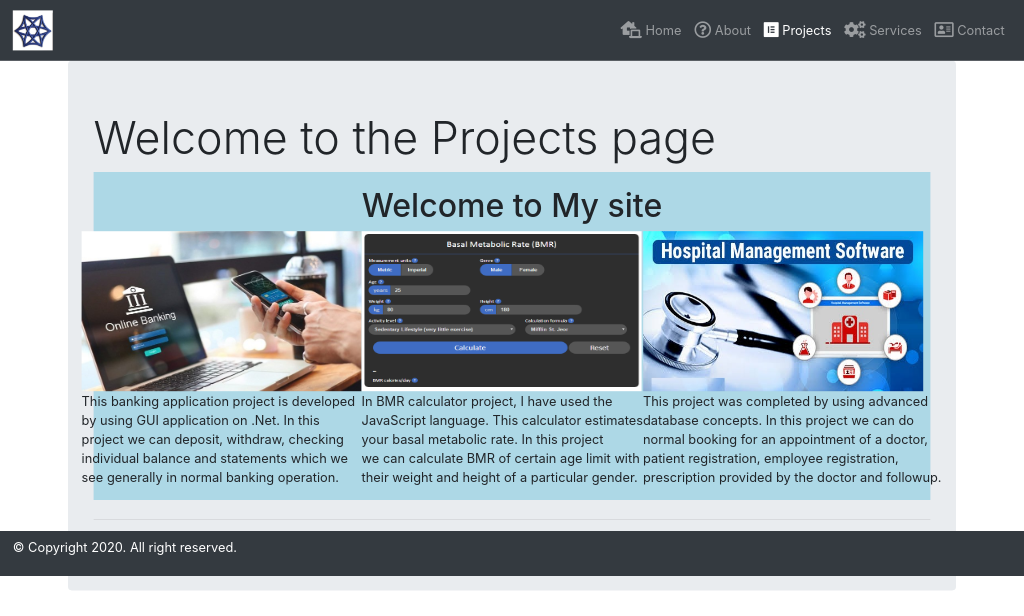
Repository: laxmangothe2020/COMP229Assignment
Page: http://localhost/projects
The author's editor kept a copy of each file at every save. The page is drawn from the files as they stood at one save, then again after the next save.
The browser window is 1280 px wide. The pictures show the whole page, at 80% of full size.
The page is served by the project's Node server (server.js). Other server files are loaded and not shown.

Above is the page before, as saved 2021-02-11 21:22:09.

### views/index.ejs

<%- include partials/header.ejs %>

   <%- include partials/main_nav.ejs %>

      <!-- Main Contain -->
   <main class="container">
    <div class="jumbotron">
    <h1 class="display-4"> Welcome to the <%= title %> page </h1>
    <!--Using Switch case all infornation passed through here-->
      <% switch (title) {
        case 'Home' : %>
        <%- include partials/home.ejs %>
                <% break;

        case 'About' : %>
        <%- include partials/about.ejs %>
                <% break;

        case 'Projects' : %>
        <%- include partials/projects.ejs %>
                <% break;

        case 'Services' : %>
        <%- include partials/services.ejs %>
                <% break;

        case 'Contact' : %>
        <%- include partials/contact.ejs %>
              <% break;
       } %>
      <hr class="my-4">
    </div>
  </main>

   <%- include partials/bottom_nav.ejs %>


    <%- include partials/footer.ejs %>

### views/partials/header.ejs

<!DOCTYPE html>
<html lang="en">
  <head>
   <meta charset="UTF-8">
   <meta name="viewport" content="with=device-width, initial-scale=1.0">
    <title><%= title %></title>

  <!-- CSS Section-->
  <link rel="stylesheet" href="/bootstrap/dist/css/bootstrap.min.css">
  <link rel="stylesheet" href="/@fortawesome/fontawesome-free/css/all.min.css">
  <link rel='stylesheet' href='/Content/app.css'/>

</head>
<body>

### views/partials/main_nav.ejs
<!-- Main Navigation -->
   <nav class="navbar navbar-expand-lg navbar-dark bg-dark">
      <a class="navbar-brand" href="/"><img src="./Assets/images/hexagon.jpg" alt="Hexagon picture" width="50" height="50"></a>
      <button class="navbar-toggler" type="button" data-toggle="collapse" data-target="#navbarSupportedContent" aria-controls="navbarSupportedContent" aria-expanded="false" aria-label="Toggle navigation">
       <span class="navbar-toggler-icon"></span>
     </button>

     <div class="collapse navbar-collapse" id="navbarSupportedContent">
        <ul class="navbar-nav ml-auto">

          <% if (title == "Home") { %>
        <li class="nav-item active">
        <% } else { %>
        <li class="nav-item">
        <% } %>
          <a class="nav-link" href="/home"><i class="fas fa-lg fa-laptop-house"></i> Home </a>
        </li>

        <% if (title == "About") { %>
          <li class="nav-item active">
          <% } else { %>
          <li class="nav-item">
          <% } %>
        <a class="nav-link" href="/about"><i class="far fa-lg fa-question-circle"></i> About </a>
        </li>

        <% if (title == "Projects") { %>
          <li class="nav-item active">
          <% } else { %>
          <li class="nav-item">
          <% } %>
        <a class="nav-link" href="/projects"><i class="fab fa-lg fa-elementor"></i> Projects </a>
        </li>

        <% if (title == "Services") { %>
          <li class="nav-item active">
          <% } else { %>
          <li class="nav-item">
          <% } %>
        <a class="nav-link" href="/services"><i class="fas fa-lg fa-cogs"></i> Services </a>
        </li>

        <% if (title == "Contact") { %>
          <li class="nav-item active">
          <% } else { %>
          <li class="nav-item">
          <% } %>
        <a class="nav-link" href="/contact"><i class="far fa-lg fa-address-card"></i> Contact </a>

        </li>

      </div>
    </nav>

### views/partials/home.ejs
<body>
   <div style="background-color: lightblue;margin-bottom: 10px">
                    <h3 style="padding-left: 40px;padding-top:10px;color: #AA7439"><h1 style="text-align:center;">Welcome to My site</h1>
                    <div style="width: 100%;height:100%;background-color:lightblue;">
                        <img src="./Assets/images/homeimg.png" alt="3D Picture" width="450" style="float: right;margin-left: 20px;margin-right:20px;">
                       <p style="padding-left:15px; padding-right: 10px; color:#696969;margin:20px;text-align: justify;line-height:1.7;padding-bottom: 20px;">
                           Your new MyWebsite Now is here! Let's build and publish your website together. We developed this series of help articles to introduce you to the basic functions of web design with your MyWebsite Now.Our industry software experts have years of experience building business automation web solutions for a number of verticals. We use custom APIs and our mastery of web services to build web-based automation services for applications like inventory control, digital marketing and customer relationship management.
                           <br> <br><b> MISSION STATEMENT </b><br><br>
                            My mission is to have a successful careers in software engineering and graduate education with a thorough understanding of software engineering and experiential learning opportunities to apply that knowledge to solve real-world problems.
                             </p>
                    </div>
                    </div>
        <p>
         <h5 style="text-align:center;"><a href="/about"> About Page</a></h5>
        </p>
         <div >
                <div class="social" style="float:left;clear:none;float: right;">

                   <img src="./Assets/images/fbcolor.png">

                   <img src="./Assets/images/InstaColor.png">

                    <img src="./Assets/images/twitterColor.png">
                    <img src="./Assets/images/gPlusColor.png">
               </div>
            </div>

</body>

### views/partials/about.ejs

         <div id="contentEditable">


                    <div style="background-color: lightblue;">
                        <h3 style="padding-left: 40px;padding-top:20px;color: #AA7439"><h3 style="text-align:center;"> About Me </h3>
                        <div style="width: 100%;height:100%;background-color:lightblue;">
                            <img src="./Assets/images/laxman.jpeg" alt="Security for Life" width="300" style="float: right;margin-left: 30px;margin-right:30px">
                           <p style="padding-left:15px; padding-right: 10px; color:#696969;margin:20px;text-align: justify;line-height:1.7;padding-bottom: 20px;">
                             Hello, my name is Laxman Gothe. Currently, I am a student of Software Engineering Technology in the 3rd semester. I am from Nepal. I believe that learning never ends. I love hiking, rafting, and traveling to new places in my free time.
                             <br>
                             <br>
                             Regarding to my education, I had completed a bachlor's degree in Electronics and Communication Engineering fro Tribhuvan University, Nepal.
                             <br>
                             <br>
                             I had enrolled in Software Engineering Technology at Centennial College to a software developer and currently I am enrolled in 3rd semester. Software technology is my first subject that I am taking in Canada and I am enjoying it as it is my part of interest too.
                             <br>
                             <br>
                             Thank You
                             <br>
                             <br>
                             With Regards
                             <br>
                             <br>
                             Laxman Gothe
                             <br>
                             <br>
                             301102988

                           </p>
                       </div>


                    </div>
        </div>
<p>
<h5 style="text-align:center;"><a href="/public/PDF/resume.pdf"> Resume </a></h5>
</p>

### views/partials/projects.ejs
<body>
    <div id="holdingContainer">
 <div style="background-color: lightblue;margin-bottom: 15px">
     <h3 style="padding-left: 40px;padding-top:10px;color: #AA7439">
        <h1 style="text-align:center;">Welcome to My site</h1>
        <div style="width: 100%;height:100%;background-color:lightblue;"></div>
          <div id="contentEditable">
            <div class="row">
             <div class="column">
              <img src="./Assets/images/banking.jpg" width="350" height="200">
              <p> This banking application project is developed<br>
                 by using GUI application on .Net. In this  <br>
                 project we can deposit, withdraw, checking<br>
                 individual balance and statements which we <br>
                 see generally in normal banking operation.</p>
            </div>


           <div class="column">
             <img src="./Assets/images/bmr.png" width="350" height="200" >
              <p> In BMR calculator project, I have used the<br>
                  JavaScript language. This calculator estimates <br>
                  your basal metabolic rate. In this project <br>
                  we can calculate BMR of certain age limit with <br>
                  their weight and height of a particular gender.</p>
           </div>
           <div class="column">
               <img src="./Assets/images/hospital.jpg" width="350" height="200" >
               <p> This project was completed by using advanced<br>
                   database concepts. In this project we can do <br>
                   normal booking for an appointment of a doctor,<br>
                   patient registration, employee registration,<br>
                   prescription provided by the doctor and followup.</p>
           </div>
      </div>
  </div>
</div>
 </body>

### views/partials/services.ejs


<div class="row">
    <div class="column">
        <img src="./Assets/images/mobile.jpg" width="350" height="250" >
    </div>
    <div class="column">
        <img src="./Assets/images/game.jpg" width="350" height="250" >
    </div>
    <div class="column">
        <img src="./Assets/images/quality.jpg" width="350" height="250" >
    </div>
    <br><p><b>Services we provides are:</b></p><br>
    <br><ul style="list-style-image:url(images/bullet.png);">
    <li>Mobile Development  📱</li>
    <li>Game Development  🎮</li>
    <li>Quality Assurance  🎖️</li>
    <li>Website Design  🌐</li>
    <li>Technical Support  ♻️</li>
    </ul>
</div>

### views/partials/contact.ejs
<body>
 <div style="background-color: lightblue;margin-bottom: 10px">
  <h3 style="padding-left: 40px;padding-top:10px;color: #AA7439"><h1 style="text-align:center;">Welcome to My site</h1>
   <div style="width: 100%;height:100%;background-color:lightblue;">
      <div class="container">
       <h5 class="display-5">Please Fillup the following details</h5>
         <div id="errorMessage" class="alert alert-danger" role="alert" hidden>
       </div>

     <form id="conactForm">
      <div class="form-group">
        <label for="firstName">First Name</label>
        <input type="text" class="form-control" id="firstName" name="firstName" aria-describedby="firstName"
        placeholder="Enter First Name" required autofocus>
      </div>

      <div class="form-group">
        <label for="lastName">Last Name</label>
        <input type="text" class="form-control" id="lastName" name="lastName" aria-describedby="lastName"
        placeholder="Enter Last Name" required>
      </div>

      <div class="form-group">
        <label for="contactNumber">Contact Number</label>
        <input type="tel" class="form-control" id="contactNumber" name="contactNumber" aria-describedby="contactNumber"
        placeholder="Enter Contact Number" required>
      </div>

      <div class="form-group">
        <label for="emailAddress">Email address</label>
        <input type="email" class="form-control" id="emailAddress" name="emailAddress" aria-describedby="emailAddress"
        placeholder="Enter Email" required>
      </div>

      <div class="form-group">
        <label for="shortMessage">Your Message</label>
        <textarea class="form-control" id="shortMessage"  name="shortMessage" rows="3" aria-describedby="shortMessage" placeholder="--If you have Short message, please write here--" required></textarea></textarea>
      </div>

      <button type="button" class="btn btn-outline-success">Submit</button></a>
      <!--<button id="submitButton" type="submit" class="btn btn-primary btn-lg"><i class="fas fa-share-square"></i> Send</button> -->
      <button type="button" class="btn btn-outline-danger">Cancel</button>
     </form>
     </div>
    </div>
   </div>
   </body>

### views/partials/bottom_nav.ejs
<!-- Bottom Nav -->

    <footer>

       <nav class="navbar fixed-bottom navbar-dark bg-dark">
           <p style="color:white;">&copy; Copyright 2020. All right reserved.</p>
       </nav>

    </footer>

### views/partials/footer.ejs
<!-- Script Section-->
    <script src="/jquery/dist/jquery.min.js"></script>
    <script src="/bootstrap/dist/js/bootstrap.min.js"></script>
    <script src="/Scripts/app.js"></script>
 </body>
</html>

### server.js
#!/usr/bin/env node

/**
 * Module dependencies.
 */

let app = require('./app');
let debug = require('debug')('week4:server');
let http = require('http');

/**
 * Get port from environment and store in Express.
 */

let port = normalizePort(process.env.PORT || '3000');
app.set('port', port);

/**
 * Create HTTP server.
 */

let server = http.createServer(app);

/**
 * Listen on provided port, on all network interfaces.
 */

server.listen(port);
server.on('error', onError);
server.on('listening', onListening);

/**
 * Normalize a port into a number, string, or false.
 */

function normalizePort(val) {
  let port = parseInt(val, 10);

  if (isNaN(port)) {
    // named pipe
    return val;
  }

  if (port >= 0) {
    // port number
    return port;
  }

  return false;
}

/**
 * Event listener for HTTP server "error" event.
 */

function onError(error) {
  if (error.syscall !== 'listen') {
    throw error;
  }

  let bind = typeof port === 'string'
    ? 'Pipe ' + port
    : 'Port ' + port;

  // handle specific listen errors with friendly messages
  switch (error.code) {
    case 'EACCES':
      console.error(bind + ' requires elevated privileges');
      process.exit(1);
      break;
    case 'EADDRINUSE':
      console.error(bind + ' is already in use');
      process.exit(1);
      break;
    default:
      throw error;
  }
}

/**
 * Event listener for HTTP server "listening" event.
 */

function onListening() {
  let addr = server.address();
  let bind = typeof addr === 'string'
    ? 'pipe ' + addr
    : 'port ' + addr.port;
  debug('Listening on ' + bind);
}

### routes/index.js
var express = require('express');
var router = express.Router();

/* GET home page. */
router.get('/', function(req, res, next) {
  res.render('index', { title: 'Home'});
});

/* GET home page. */
router.get('/home', function(req, res, next) {
  res.render('index', { title: 'Home'});
});

/* GET About page. */
router.get('/about', function(req, res, next) {
  res.render('index', { title: 'About'});
});

/* GET Products page. */
router.get('/projects', function(req, res, next) {
  res.render('index', { title: 'Projects'});
});

/* GET Services page. */
router.get('/services', function(req, res, next) {
  res.render('index', { title: 'Services'});
});


/* GET Contact us page. */
router.get('/contact', function(req, res, next) {
  res.render('index', { title: 'Contact'});
});

module.exports = router;

### app.js
//installed third party packages
let createError = require('http-errors');
let express = require('express');
let path = require('path');
let cookieParser = require('cookie-parser');
let logger = require('morgan');

let indexRouter = require('./routes/index');
let usersRouter = require('./routes/users');

let app = express();

// view engine setup
app.set('views', path.join(__dirname, 'views'));
app.set('view engine', 'ejs');

app.use(logger('dev'));
app.use(express.json());
app.use(express.urlencoded({ extended: false }));
app.use(cookieParser());
app.use(express.static(path.join(__dirname, 'public')));
app.use(express.static(path.join(__dirname, 'node_modules')));

app.use('/', indexRouter);
app.use('/users', usersRouter);
app.use('/public/images', express.static('./public/images') ) ;
app.use('/public/PDF', express.static('./public/PDF'));
app.use('/views/partials', express.static('./views/partials'));


// catch 404 and forward to error handler
app.use(function(req, res, next) {
  next(createError(404));
});

// error handler
app.use(function(err, req, res, next) {
  // set locals, only providing error in development
  res.locals.message = err.message;
  res.locals.error = req.app.get('env') === 'development' ? err : {};

  // render the error page
  res.status(err.status || 500);
  res.render('error');
  res.render('error', {title: 'Error'});
});

module.exports = app;

### public/Content/app.css
/* Custom CSS goes here */

### public/Scripts/app.js
// IIFE
(function(){
    function start()
    {
        console.log("App started...")
    }
    window.addEventListener("load", start);

})();

After the next save:
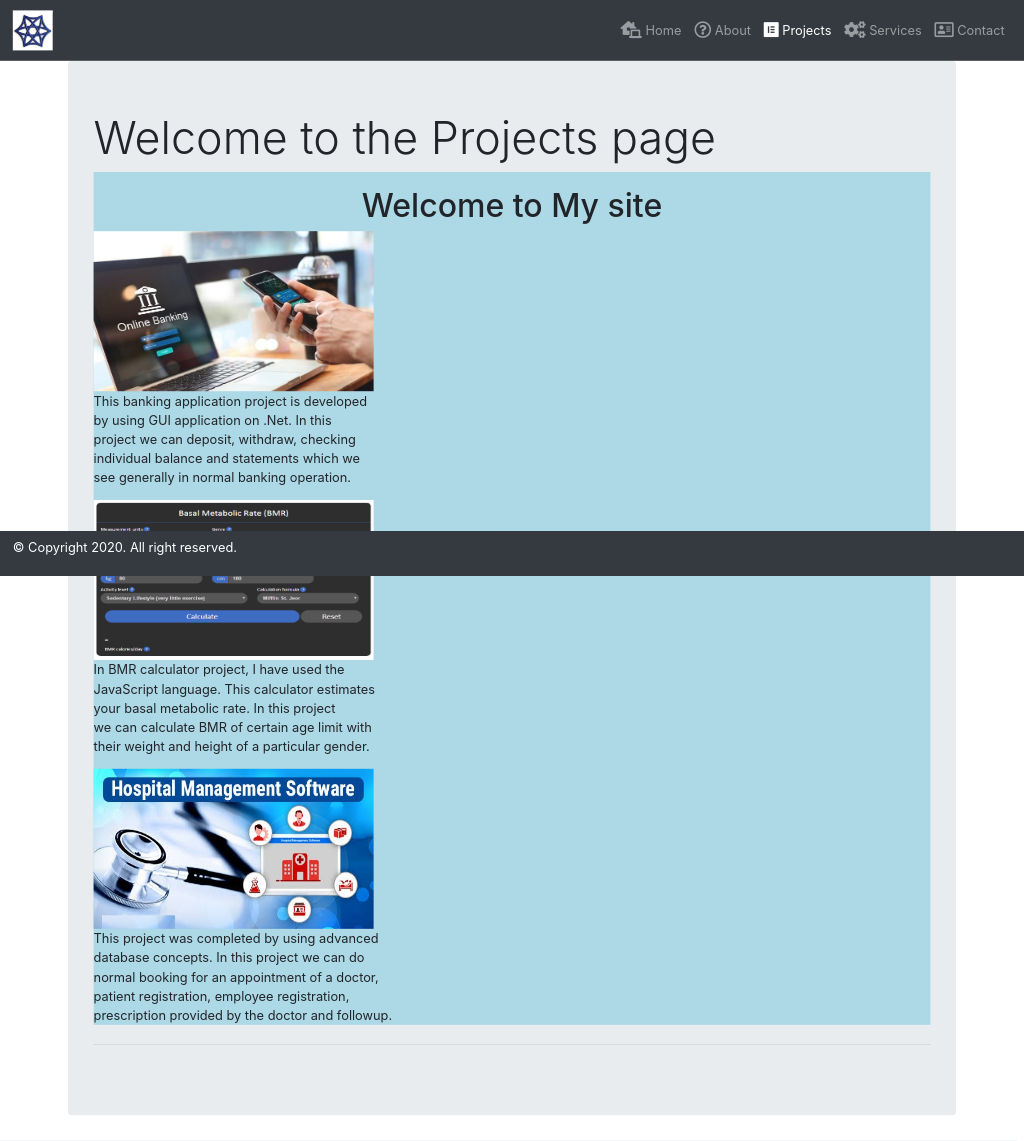
Saved 70 s later.
--- a/views/partials/projects.ejs
+++ b/views/partials/projects.ejs
@@ -5,8 +5,6 @@
         <h1 style="text-align:center;">Welcome to My site</h1>
         <div style="width: 100%;height:100%;background-color:lightblue;"></div>
           <div id="contentEditable">
-            <div class="row">
-             <div class="column">
               <img src="./Assets/images/banking.jpg" width="350" height="200">
               <p> This banking application project is developed<br>
                  by using GUI application on .Net. In this  <br>
@@ -32,7 +30,6 @@
                    patient registration, employee registration,<br>
                    prescription provided by the doctor and followup.</p>
            </div>
-      </div>
-  </div>
+
 </div>
  </body>
